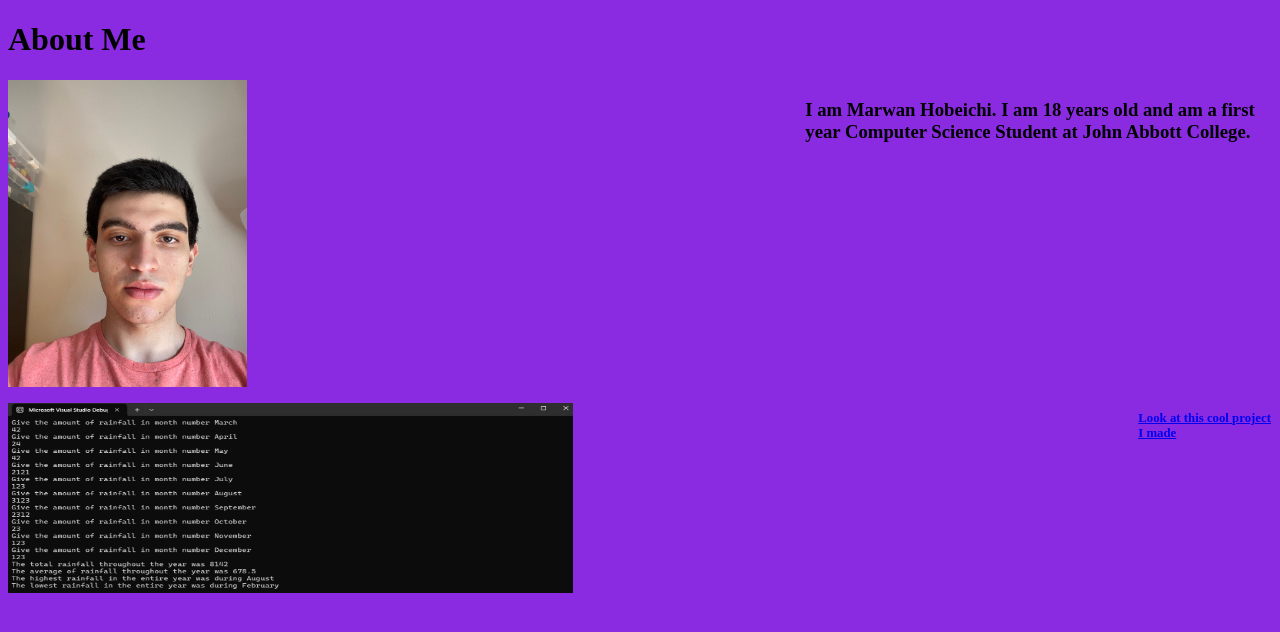
Repository: captainm64/captainm64
Page: index.html
An editor plug-in stored every save of this project. The page is shown before and after the next save, followed by the edit.
The browser window is 1280 px wide. The pictures show the whole page.

Above is the page before, as saved 2026-05-12 09:27:07.

After the next save:
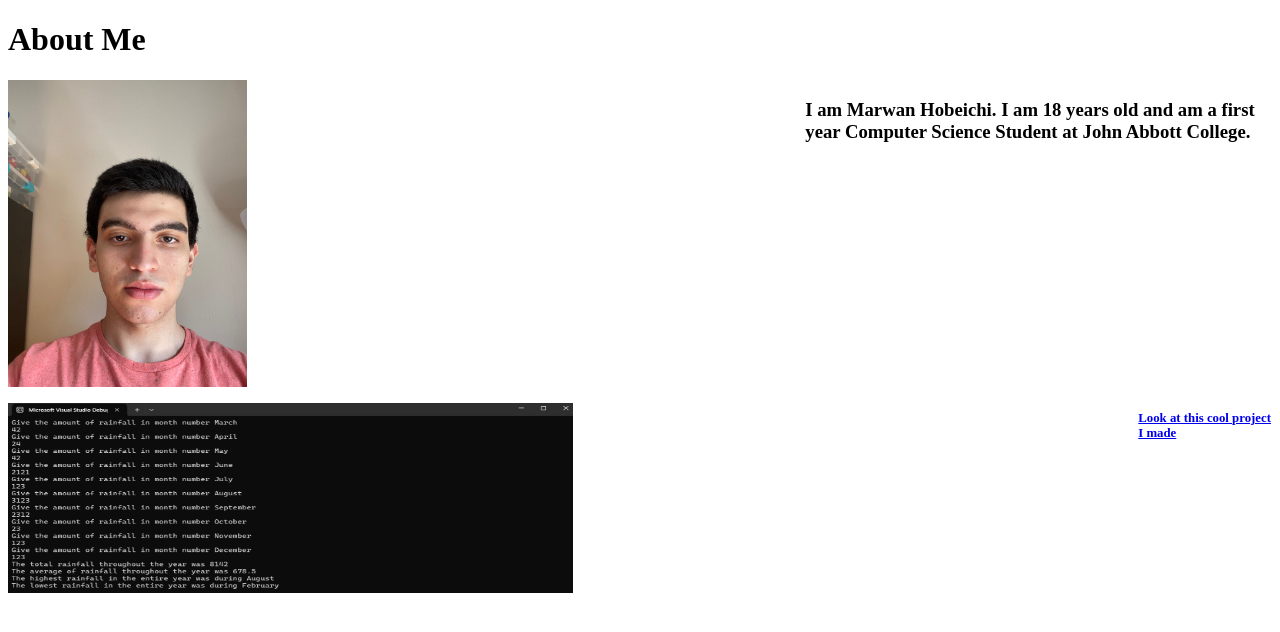
Saved 77 s later.
--- a/styles/index.css
+++ b/styles/index.css
@@ -1,6 +1,4 @@
-html{
-   background-color: blueviolet;
-}
+
 
 img{
 
